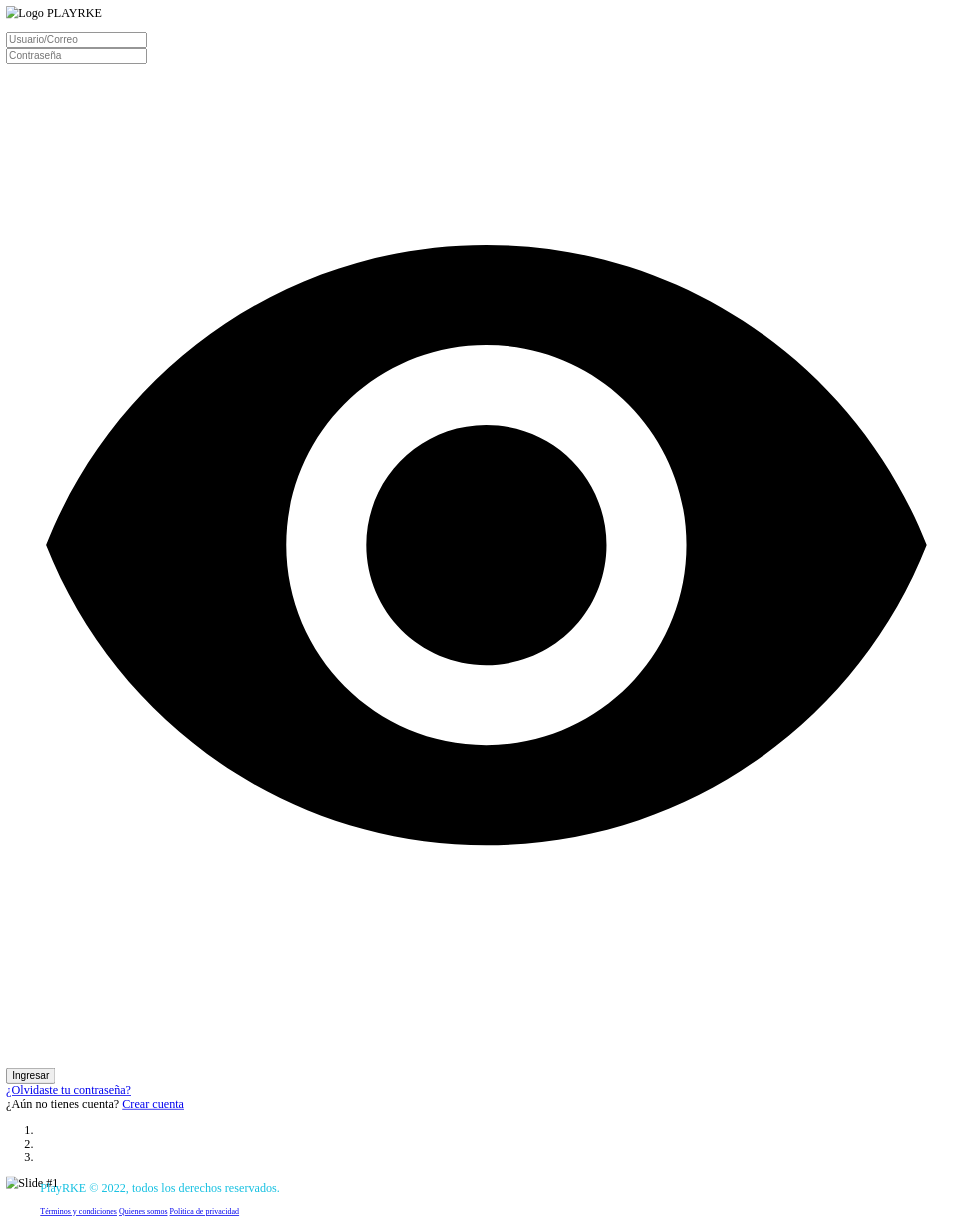
Repository: earo191/RKE
Page: http://localhost/login
The author's editor kept a copy of each file at every save. The page is drawn from the files as they stood at one save, then again after the next save.
The browser window is 1280 px wide. The pictures show the whole page, at 76% of full size.
The page is served by the project's Laravel application, run on PHP 8.4 with Laravel 8.

Above is the page before, as saved 2022-05-31 15:23:00.
Console error: ReferenceError: $ is not defined

After the next save:
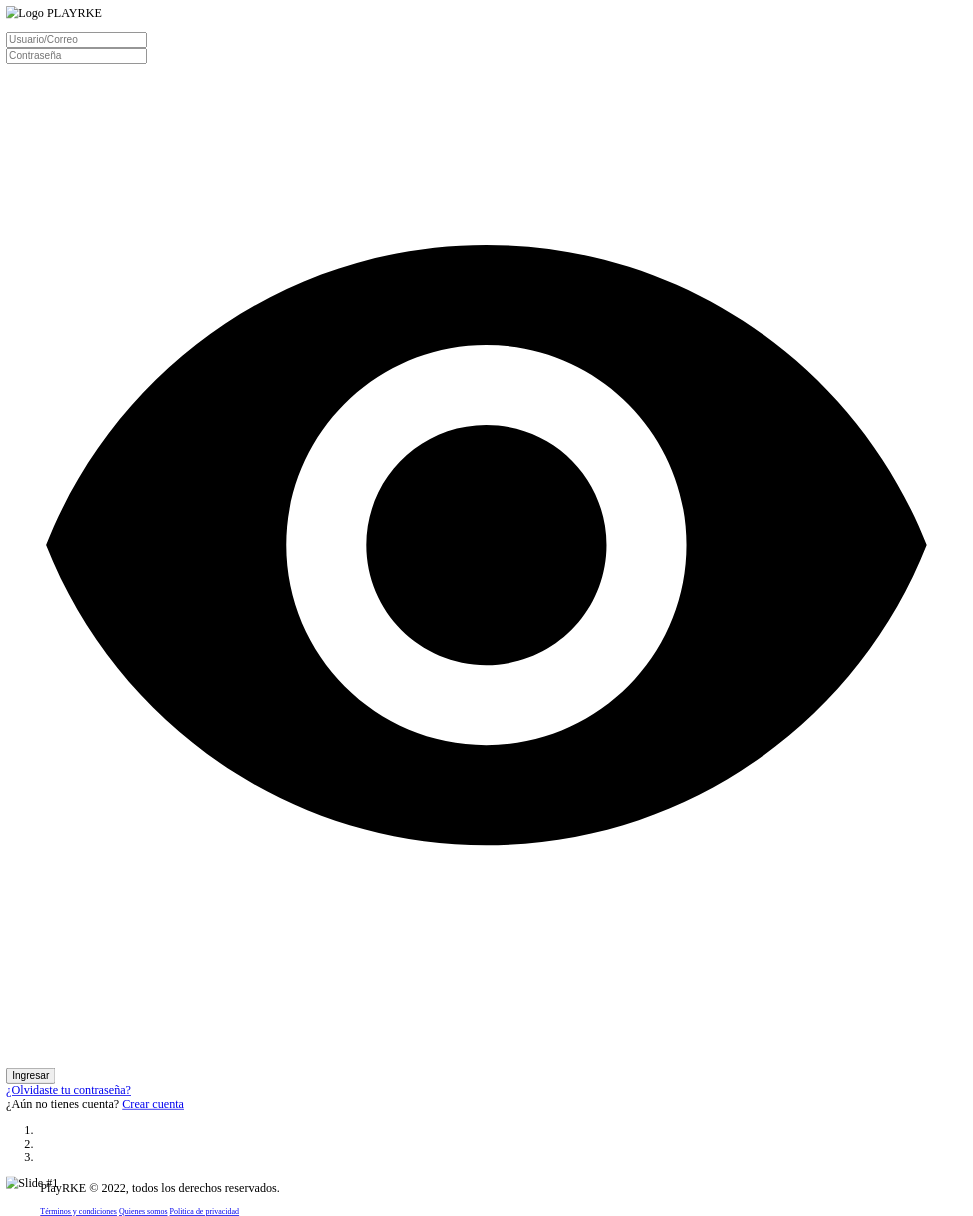
Saved 35 s later.
--- a/resources/views/auth/login.blade.php
+++ b/resources/views/auth/login.blade.php
@@ -50,7 +50,7 @@
           Crear cuenta
         </a>
       </article>
-      <div class="" style="position: absolute; margin-top: 77px; color: #14c0e1; margin-left: 45px;">
+      <div class="" style="position: absolute; margin-top: 77px; margin-left: 45px;">
         <p>PlayRKE © 2022, todos los derechos reservados.</p>
         <div class="user-register" style="font-size: 10.5px;">
           <a href="{{ route('info.terminos') }}">Términos y condiciones</a>

After the 4 saves that followed:
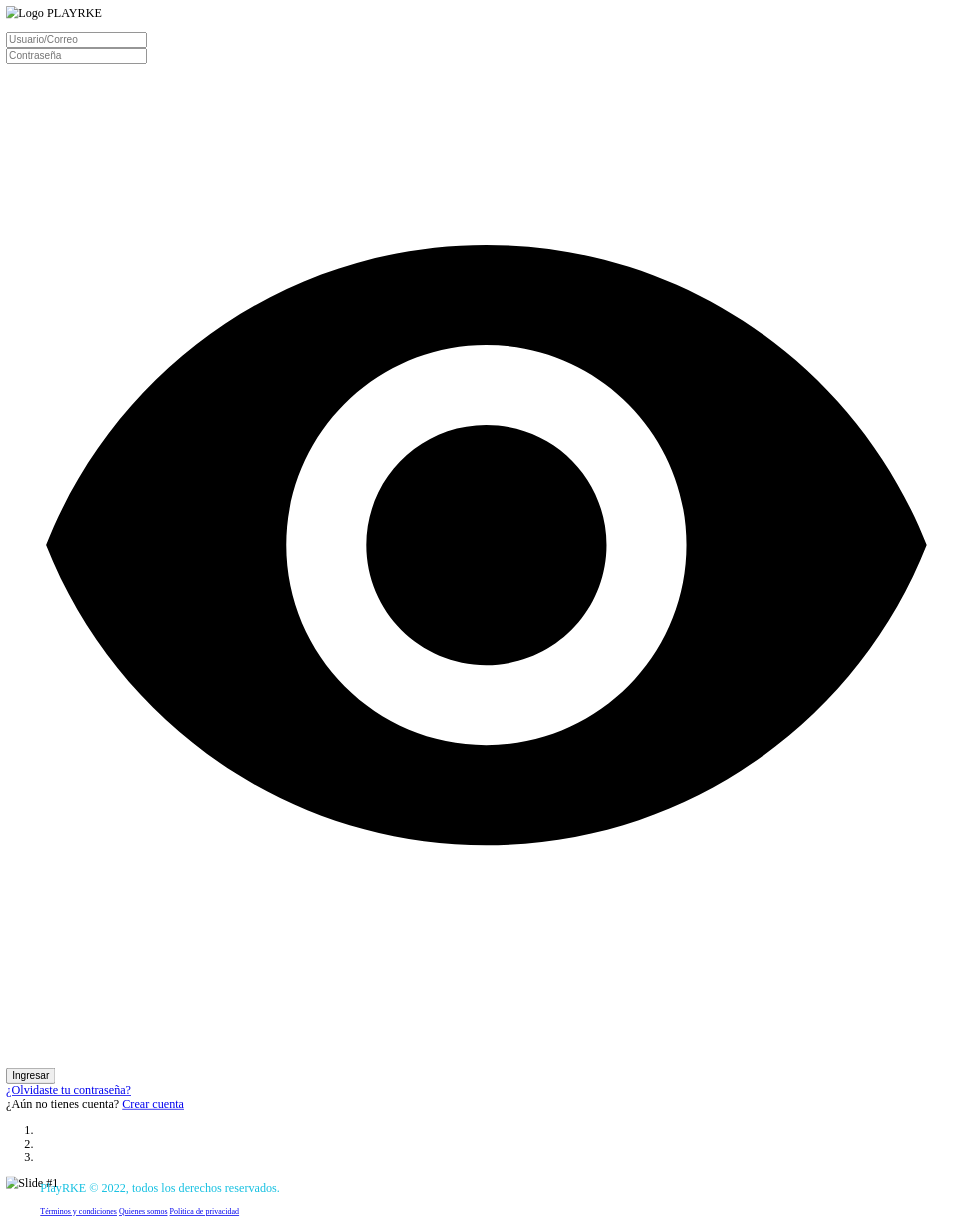
The 4 saves are shown as one change because 3 left the picture as it was.
The last was saved 100 s later.
--- a/resources/views/auth/login.blade.php
+++ b/resources/views/auth/login.blade.php
@@ -50,7 +50,7 @@
           Crear cuenta
         </a>
       </article>
-      <div class="" style="position: absolute; margin-top: 77px; margin-left: 45px;">
+      <div class="" style="position: absolute; margin-top: 77px; color: #14c0e1; margin-left: 45px;">
         <p>PlayRKE © 2022, todos los derechos reservados.</p>
         <div class="user-register" style="font-size: 10.5px;">
           <a href="{{ route('info.terminos') }}">Términos y condiciones</a>
